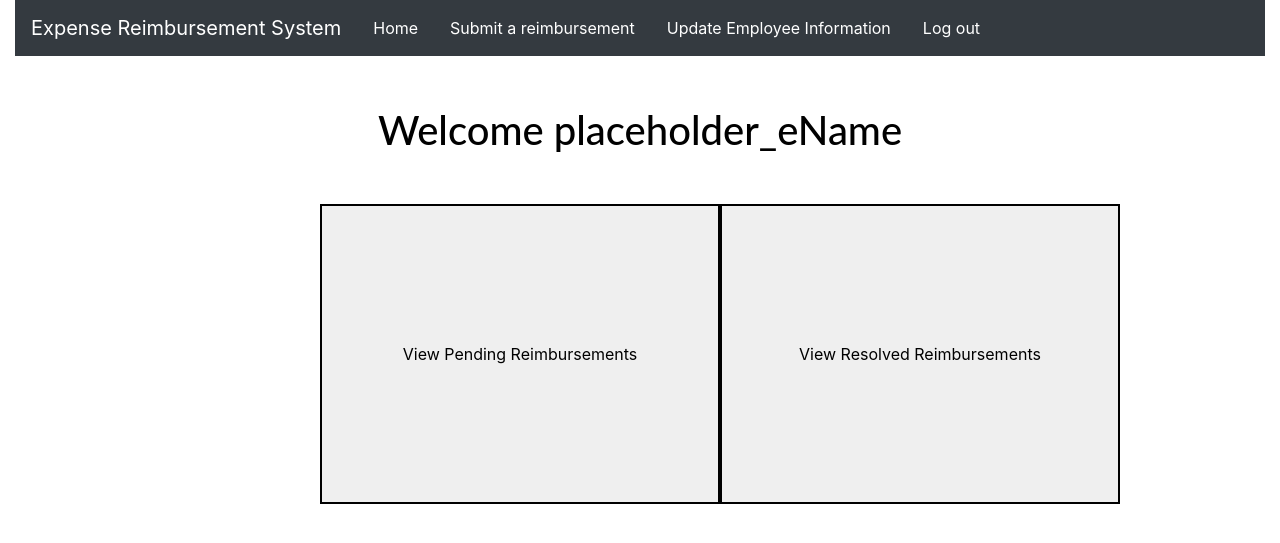
Repository: Trevormulrenin/ers-app
Page: ers-app/src/main/webapp/html/employee_home.html
An editor plug-in stored every save of this project. The page is shown before and after a run of saves, followed by the edit.
The browser window is 1280 px wide. The pictures show the whole page.

Above is the page before, as saved 2021-03-30 23:09:40.

### ers-app/src/main/webapp/html/employee_home.html
<!DOCTYPE html>
<html>
<head>
	<meta charset="UTF-8">
	<meta name="viewport" content="width=device-with, initial-scale=1.0">

	<link rel="stylesheet" href="https://stackpath.bootstrapcdn.com/bootstrap/4.5.2/css/bootstrap.min.css" integrity="sha384-JcKb8q3iqJ61gNV9KGb8thSsNjpSL0n8PARn9HuZOnIxN0hoP+VmmDGMN5t9UJ0Z" crossorigin="anonymous">
 	<link rel="stylesheet" type="text/css" href="../css/style.css">

<title>Expense Reimbursement System</title>
</head>
<style>
#pending-reimbursement, #resolved-reimbursement {
	border: 2px solid black;
	color: black;
	text-align:center;
	height: 300px;
	width: 400px;
	position: relative;
    top:40%;
    left: 25%;
    display: inline-block;
}

#pending-reimbursement {
	float: left;
}

#resolved-reimbursement:hover {
	background-color: gray;
	color:white;
}

#pending-reimbursement:hover {
	background-color: gray;

	color:white;
}

#welcome-message {
	text-align:left;
}
</style>
<body>
	<div class="container-fluid">
		<nav class="navbar navbar-expand-lg navbar-dark bg-dark">
			<a class="navbar-brand" href="/EmployeeHomeServlet">Expense Reimbursement System</a>
				<a class="nav-item nav-link" href="./EmployeeHomeServlet">Home</a>
				<a class="nav-item nav-link" href="html/reimbursement_home.html">Submit a reimbursement</a>
				<a class="nav-item nav-link" href="html/employee_info.html">Update Employee Information</a>

			<div class="nav-list-right" id="navbar-menu-right">
				<a class="nav-item nav-link" href="logout.html">Log out</a>
			</div>

		</nav>
	</div>

	<div id="welcome-message">
		<h1>Welcome placeholder_eName</h1>
	</div>

	<div id="reimbursement-body">

	<form action="../ers-app/ViewPendingReimbursements" method="get">
		<button type="submit" class="button" id="pending-reimbursement" >View Pending Reimbursements</button>
	</form>
	<form action="../ers-app/ViewResolvedReimbursementsServlet" method="get">
		<button type="submit" id="resolved-reimbursement" class="button">View Resolved Reimbursements</button>
	</form>

	</div>

	<script type="text/javascript">
		var button = document.getElementById('reimbursement-body');
		button.addEventListener('click', function() { button.style.display = 'none'; });
	</script>

</body>


</html>

### ers-app/src/main/webapp/css/style.css
@charset "UTF-8";

#navbar-menu-right{
	text-decoration: none;
	color: black;
}

.nav-item, .nav-item-active, .nav-list-right {
		color: white;
		border: 1px;
		border-color:white;
	}

h1 {
	text-align: center;
    font-family: Lato;
    color: Black;
    font-size: 40px;
    margin: 50px;
}

p {
	text-align: center;
    font-family: Lato;
	color: Black;
	font-size: 15px;
}

h2 {
	text-align: center;
    font-family: Lato;
    color: Black;
    font-size: 40px;
    margin: 25px;
}

#enter-credentials {
	text-align: center;
    font-family: Lato;
	color: Black;
	font-size: 20px;
}


#pending-reimbursement, #resolved-reimbursement {
	border: 2px solid black;
	color: black;
	text-align:center;
	height: 300px;
	width: 400px;
    top:30%;
    left:10%;
/*     display: flex; */
/* 	justify-content: space-evenly; */
}

#pending-reimbursement {
	float: left;
}

#resolved-reimbursement:hover {
	background-color: gray;
	color:white;
}

#pending-reimbursement:hover {
	background-color: gray;

	color:white;
}

#pending-table, #resolved-table {
	padding: 10px;
	margin-left: auto;
	margin-right: auto;
	margin-top:20%;
	border: 2px solid black;
	border-collapse: separate;
	border-spacing: 10px;
}

.nav-item, .nav-item-active, .nav-list-right {
/* 		text-decoration: none; */
		color: white;
		border: 1px;
		border-color:white;
	}

th, tr {
	border: 2px;
}

#log-in-button {
	text-align: center;
}

.login {
	border: 2px solid black;
	content: 5px;
	width: auto;
	text-align: center;
	padding: 5px;
	margin: auto;
	box-shadow: white;
}

#update-table {
	width: "100%";
	padding: 2px;
	margin-top: 5px;
	margin-bottom: 0px;
	margin-left: auto;
	margin-right: auto;
	border: 1px solid black;
	border-collapse: separate;
	border-spacing: 2px;
}

#reimbursement-table {
	width: "100%";
	padding: 2px;
	margin-top: 5px;
	margin-bottom: 0px;
	margin-left: auto;
	margin-right: auto;
	border: 1px solid black;
	border-collapse: separate;
	border-spacing: 2px;
}

.log-in-button {
	text-align: center;
	margin-top: 10px;
}

After the next 3 saves:
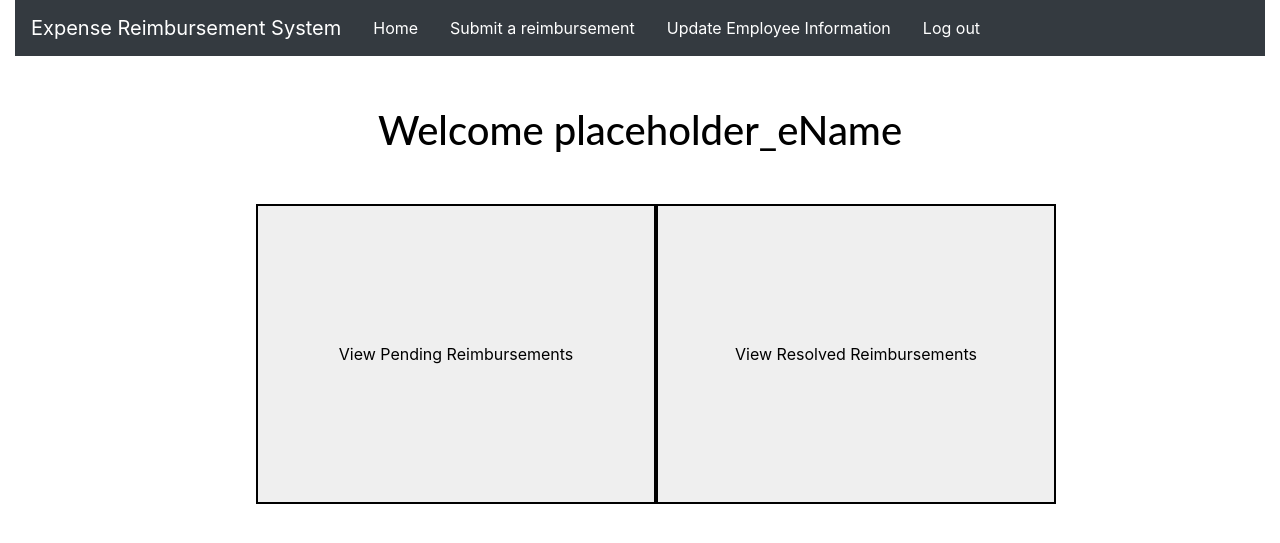
The 3 saves are shown as one change because they came seconds apart.
The last was saved 20 s later.
--- a/ers-app/src/main/webapp/html/employee_home.html
+++ b/ers-app/src/main/webapp/html/employee_home.html
@@ -18,7 +18,7 @@
 	width: 400px;
 	position: relative;
     top:40%;
-    left: 25%;
+    left: 20%;
     display: inline-block;
 }
 
